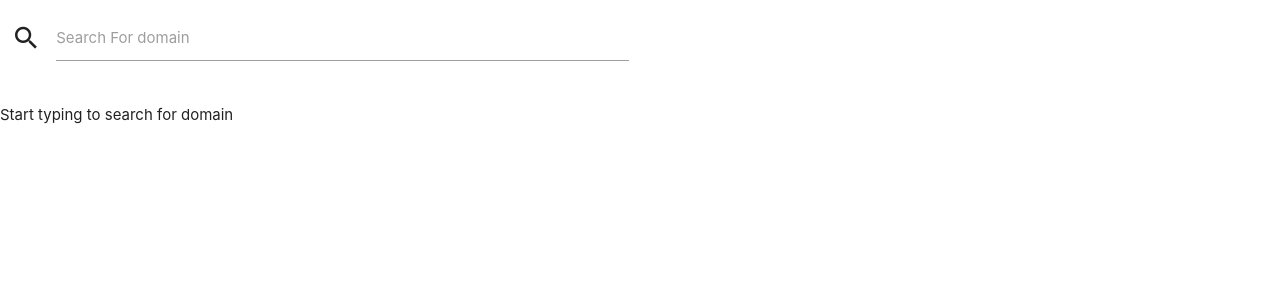
Repository: habib-urrehmaan/domain-name-searcher
Page: / (app in client/)
These files come from the project's save history. The page is drawn as it stood at one moment and after the next save; the edit follows.
The browser window is 1280 px wide. The pictures show the whole page.
The project was rebuilt for these pictures with package versions that can differ from the ones it lists, and the page was loaded fresh each time.

Above is the page before, as saved 2020-04-17 16:56:43.

### client/public/index.html
<!DOCTYPE html>
<html lang="en">
  <head>
    <meta charset="utf-8" />
    <link rel="icon" href="%PUBLIC_URL%/favicon.ico" />
    <meta name="viewport" content="width=device-width, initial-scale=1" />
    <meta name="theme-color" content="#000000" />
    <meta
      name="description"
      content="Web site created using create-react-app"
    />
    <link rel="apple-touch-icon" href="%PUBLIC_URL%/logo192.png" />
    <!--
      manifest.json provides metadata used when your web app is installed on a
      user's mobile device or desktop. See https://developers.google.com/web/fundamentals/web-app-manifest/
    -->
    <link rel="manifest" href="%PUBLIC_URL%/manifest.json" />
    <!--
      Notice the use of %PUBLIC_URL% in the tags above.
      It will be replaced with the URL of the `public` folder during the build.
      Only files inside the `public` folder can be referenced from the HTML.

      Unlike "/favicon.ico" or "favicon.ico", "%PUBLIC_URL%/favicon.ico" will
      work correctly both with client-side routing and a non-root public URL.
      Learn how to configure a non-root public URL by running `npm run build`.
    -->
    <link rel="stylesheet" href="https://cdnjs.cloudflare.com/ajax/libs/materialize/1.0.0/css/materialize.min.css">
    <link href="https://fonts.googleapis.com/icon?family=Material+Icons" rel="stylesheet">
     <!-- Compiled and minified JavaScript -->
     <script src="https://cdnjs.cloudflare.com/ajax/libs/materialize/1.0.0/js/materialize.min.js"></script>
    <title>React App</title>
  </head>
  <body>
    <noscript>You need to enable JavaScript to run this app.</noscript>
    <div id="root"></div>
    <!--
      This HTML file is a template.
      If you open it directly in the browser, you will see an empty page.

      You can add webfonts, meta tags, or analytics to this file.
      The build step will place the bundled scripts into the <body> tag.

      To begin the development, run `npm start` or `yarn start`.
      To create a production bundle, use `npm run build` or `yarn build`.
    -->
  </body>
</html>

### client/src/index.js
import React from 'react';
import ReactDOM from 'react-dom';
import './index.css';
import App from './App';

ReactDOM.render(
  <React.StrictMode>
    <App />
  </React.StrictMode>,
  document.getElementById('root')
);

// If you want your app to work offline and load faster, you can change
// unregister() to register() below. Note this comes with some pitfalls.
// Learn more about service workers: https://bit.ly/CRA-PWA
// serviceWorker.unregister();

### client/src/App.js
import React from 'react';
import Search from './Search';
import Output from './Output';

class App extends React.Component {

  state = {
    output:''
  }

  setOutput(outputData){
    this.setState({
      output:outputData
    })
  }

  render()
  {
    return (
      <div className="App">
        <Search setOutput={this.setOuput}/>
        <Output data={this.state.output}/>
      </div>
    );
  }
}

export default App;

### client/src/Search.js
import React, { Component } from 'react'
import axios from 'axios'

class Search extends Component {

    constructor(props)
    {
        super(props);
    }

    onChangeHandler(e)
    {
        axios({
            'method': 'GET',
            'url': `http://localhost:5000/domain/search?domain=${e.target.value}`,
            'ContentType':'application/json'
        }).then((response)=>{
            console.log("response=",response);
        }).catch(error=>{
            console.log(error);
        })
    }

    render() {
        return (
            <div>
                <div className="row">
                    <div className="input-field col s6">
                        <i className="material-icons prefix">search</i>
                        <input id="search" type="text" className="validate" onChange={this.onChangeHandler}/>
                        <label htmlFor="search">Search For domain</label>
                    </div>
                </div>
            </div>
        )
    }
}

export default Search;

### client/src/Output.js
import React from 'react'

export default function Output(props) {

    let {data} = props;
    console.log("data",data);
    return (
        <div>
        {(data)?(<div><b>Availability status:</b>{(data.available)?(<div><span>This Domain is available</span><br/>
            <span><b>Price:</b>{data.price}{data.currency}</span></div>):(<span>Sorry this domain is not Available</span>)}</div>)
            :(<div>Start typing to search for domain</div>)}


        </div>
    )
}

Loaded but not shown: client/src/index.css (common file)

After the next save:
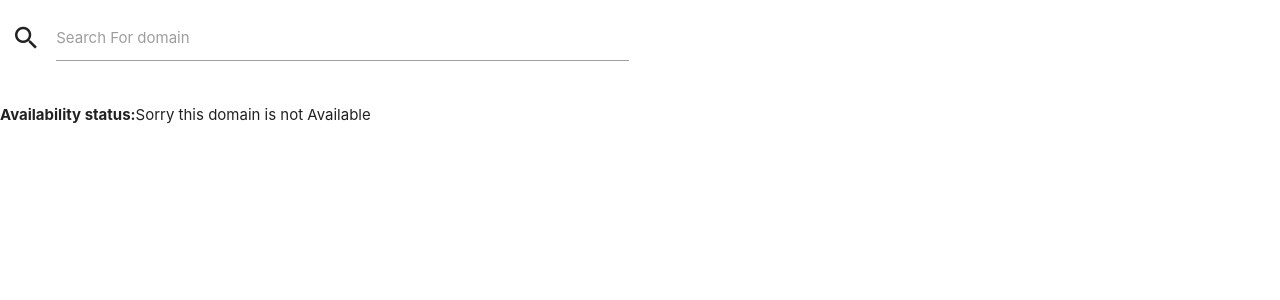
Saved 30 s later.
--- a/client/src/App.js
+++ b/client/src/App.js
@@ -5,7 +5,7 @@
 class App extends React.Component {
 
   state = {
-    output:''
+    output:{}
   }
 
   setOutput(outputData){

After the save that followed:
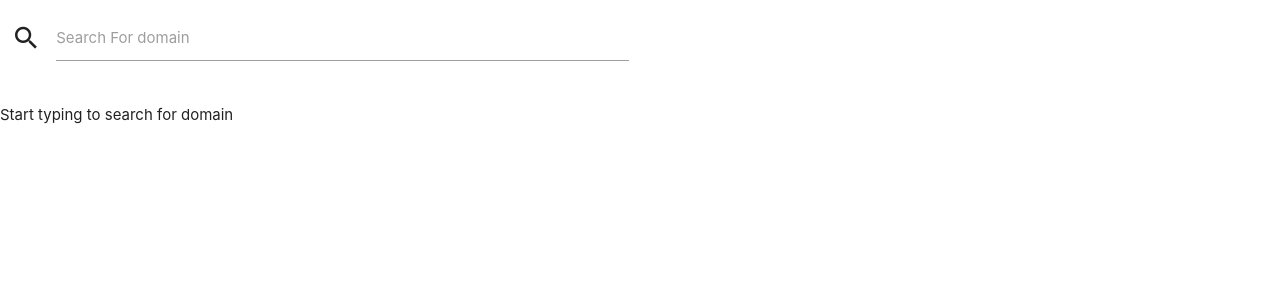
Saved 6 s later.
--- a/client/src/App.js
+++ b/client/src/App.js
@@ -5,7 +5,7 @@
 class App extends React.Component {
 
   state = {
-    output:{}
+    output:null
   }
 
   setOutput(outputData){
